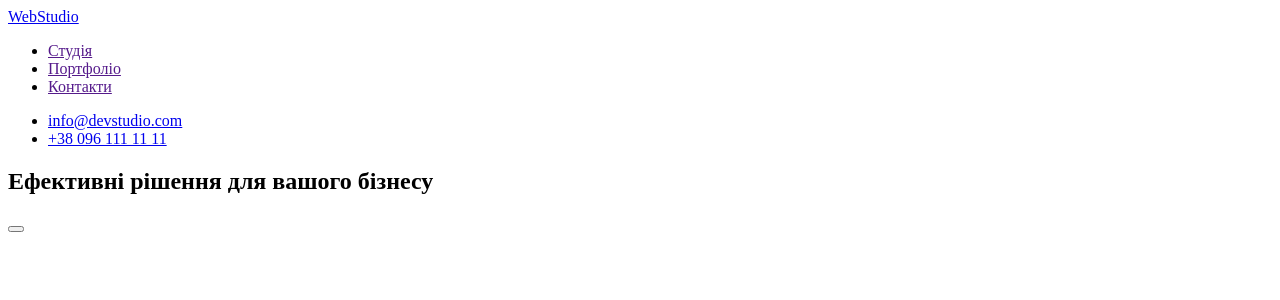
Repository: Mariia2811/goit-markup-hw-03
Page: index.html
An editor plug-in stored every save of this project. The page is shown before and after the next save, followed by the edit.
The browser window is 1280 px wide. The pictures show the whole page.

Above is the page before, as saved 2022-11-16 13:38:36.

### index.html
<!DOCTYPE html>
<html lang="uk">
  <head>
    <meta charset="UTF-8" />
    <meta http-equiv="X-UA-Compatible" content="IE=edge" />
    <meta name="viewport" content="width=device-width, initial-scale=1.0" />
    <title>Document</title>
  </head>
  <body>
    <header>
        <nav>
            <a href="./index.html">WebStudio</a>
            <ul>
                <li><a href="">Студія</a></li>
                <li><a href="">Портфоліо</a></li>
                <li><a href="">Контакти</a></li>
            </ul>
            <ul>
                <li><a href="mailto:info@devstudio.com">info@devstudio.com</a></li>
                <li><a href="tel:+380961111111">+38 096 111 11 11</a></li>
            </ul>
        </nav>
    </header>
    <main>
        <section>
            <h1>Ефективні рішення для вашого бізнесу</h1>
            <button type="button"></button>
        </section>
        <section></section>
        <section></section>
        <section></section>
    </main>
    <footer></footer>
  </body>
</html>

After the next save:
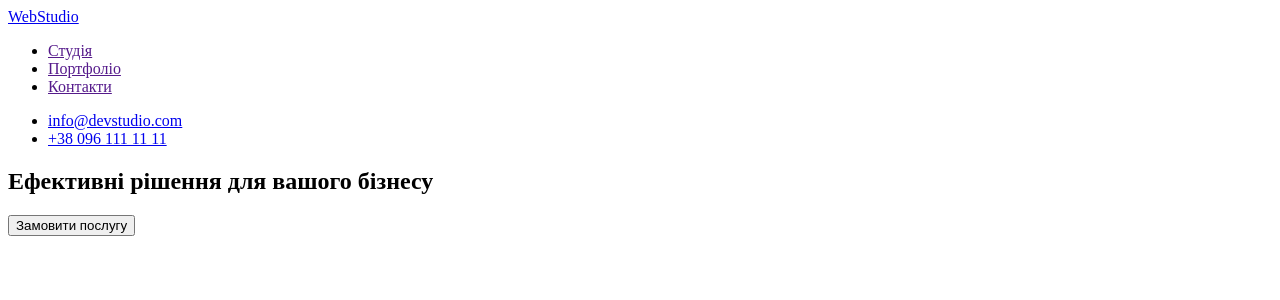
Saved 15 s later.
--- a/index.html
+++ b/index.html
@@ -24,7 +24,7 @@
     <main>
         <section>
             <h1>Ефективні рішення для вашого бізнесу</h1>
-            <button type="button"></button>
+            <button type="button">Замовити послугу</button>
         </section>
         <section></section>
         <section></section>
